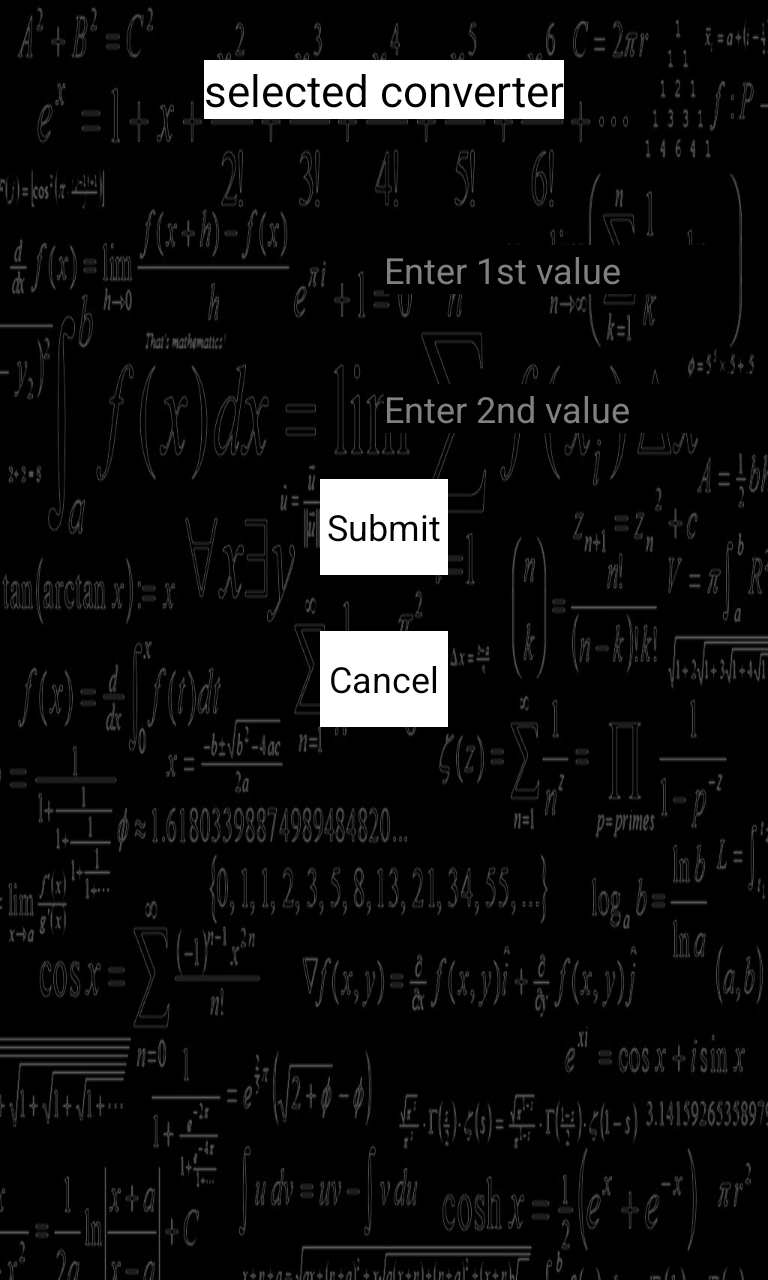
Repository: priyankaaj/practiced-apps
Layout: newProject/res/layout/activity_main.xml
An editor plug-in stored every save of this project. The layout is shown before and after the next save, followed by the edit.
It is drawn on a 768 x 1280 px phone screen (xhdpi) without system bars, with theme AppTheme; the app's code is not run.

Above is the layout before, as saved 2015-09-28 17:51:56.

After the next save:
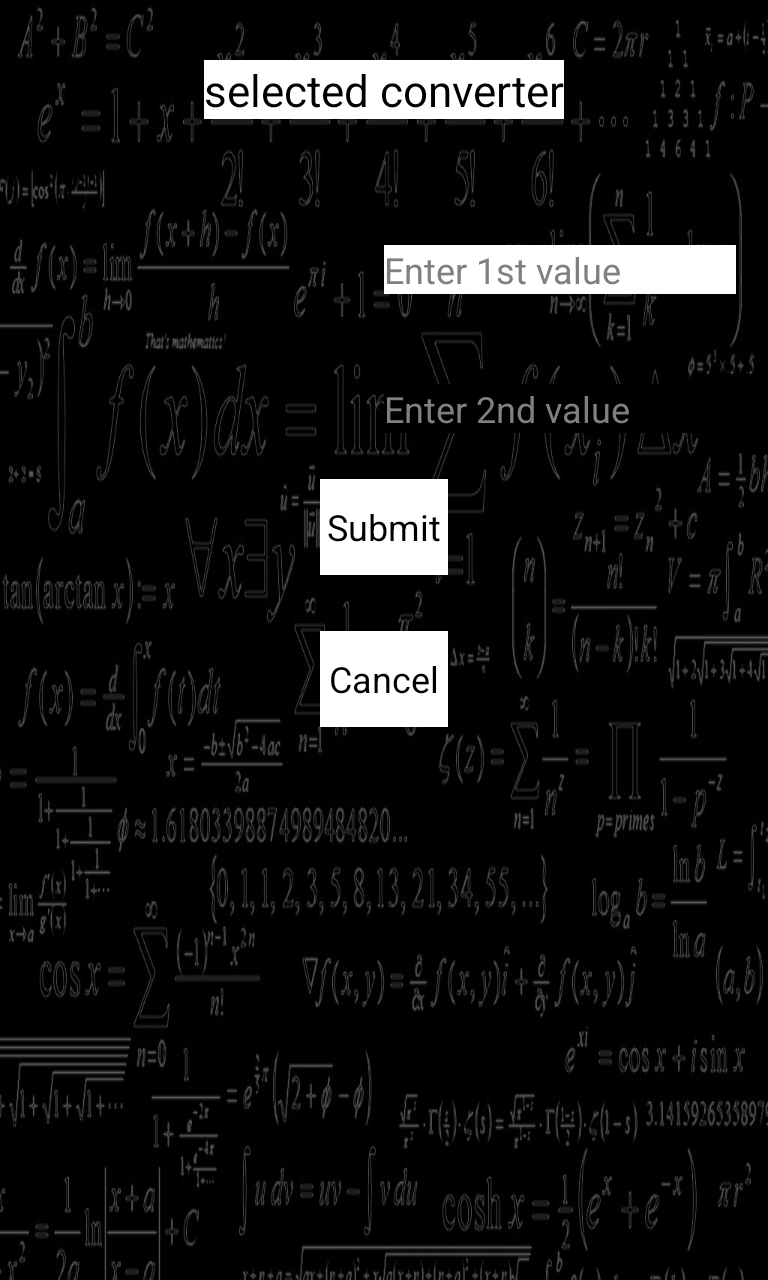
Saved 17 s later.
--- a/newProject/res/layout/activity_main.xml
+++ b/newProject/res/layout/activity_main.xml
@@ -38,10 +38,10 @@
         android:layout_alignLeft="@+id/spinnerconvertoptions"
         android:layout_below="@+id/spinnerconvertoptions"
         android:layout_marginTop="44dp"
-        android:background="#000000"
+        android:background="#ffffff"
+        android:textColor="#000000"
         android:ems="10"
-        android:hint="Enter 1st value"
-        android:textColor="#ffffff" />
+        android:hint="Enter 1st value"/>
 
     <EditText
         android:id="@+id/entvalue2"
